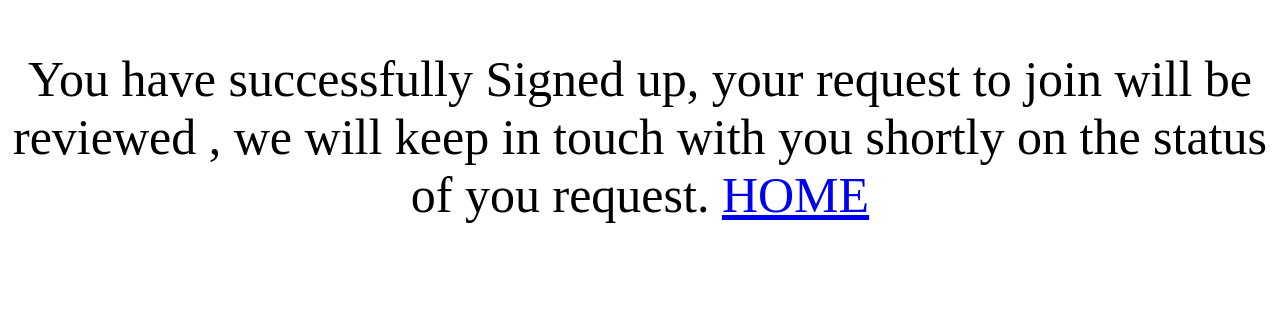
Repository: lorna-k/Workspace
Page: Alumni/Alumni-2/WebContent/signedup.html
The author's editor kept a copy of each file at every save. The page is drawn from the files as they stood at one save, then again after the next save.
The browser window is 1280 px wide. The pictures show the whole page.
Some web fonts or font styles are not loaded; a fallback is used.

Above is the page before, as saved 2016-09-15 08:29:27.

### Alumni/Alumni-2/WebContent/signedup.html
<!DOCTYPE html>
<html>
<head>
<meta charset="ISO-8859-1">
<title>Insert title here</title>
</head>
<body>
	<p  style="font-size:50px; font-family:Arial Black" align="center">

		You have successfully Signed up,
		your request to join will be reviewed
		, we will keep in touch with you shortly on the status
		of you request.

		<a href="imdex.html">HOME</a>
	</p>
</body>
</html>

After the next save:
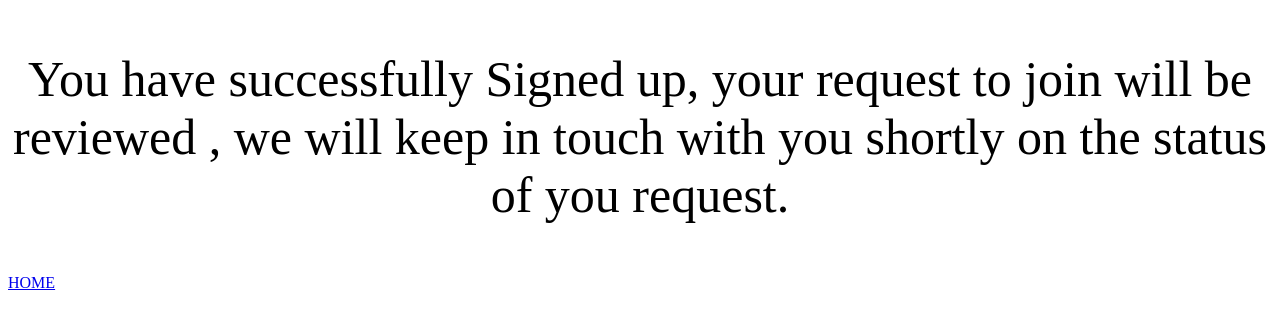
Saved 50 s later.
--- a/Alumni/Alumni-2/WebContent/signedup.html
+++ b/Alumni/Alumni-2/WebContent/signedup.html
@@ -12,7 +12,7 @@
 		, we will keep in touch with you shortly on the status
 		of you request.
 
-		<a href="imdex.html">HOME</a>
+		<p><a href="imdex.html" stle="none">HOME</a></p>
 	</p>
 </body>
 </html>
